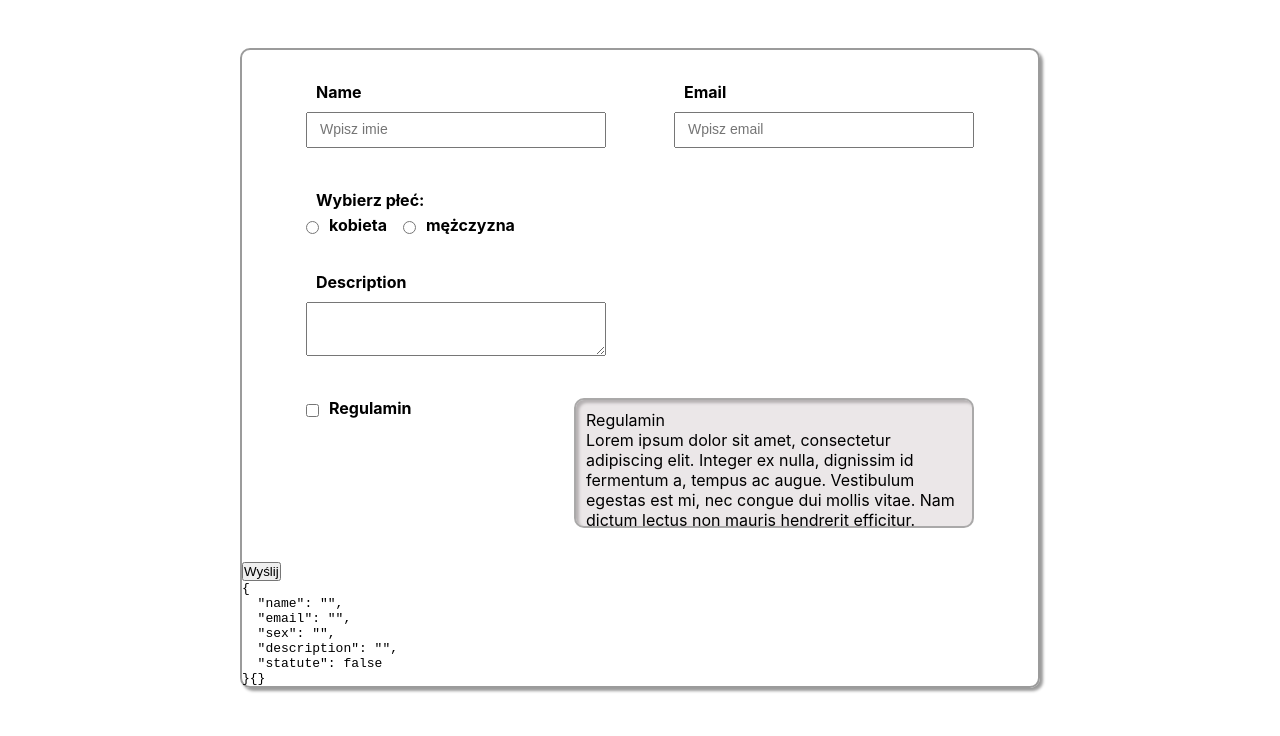
Repository: KrzysKolo/sr_tydzien4_zad3
Page: /
An editor plug-in stored every save of this project. The page is shown before and after the next save, followed by the edit.
The browser window is 1280 px wide. The pictures show the whole page.
The project was rebuilt for these pictures with package versions that can differ from the ones it lists, and the page was loaded fresh each time. Also part of the build but not shown: src/components/FormComponents/TextError.js.

Above is the page before, as saved 2020-11-19 13:58:01.

### src/App.js
import React from 'react';
import './App.css';
import FormikContainer from './components/Formik/FormikContainer';
const App = () => {
  return (
    <main className="App">
      <FormikContainer />
    </main>
   );
}

export default App;

### src/App.css
* {
  margin: 0;
  padding: 0;
  box-sizing: border-box;
}
.form-wrapper {
  margin: 3rem auto;
  width: 800px;
  border: 2px solid rgb(155, 155, 155);
  border-radius: 10px;
  box-shadow: 3px 3px 3px rgb(155, 155, 155);
}
.section {
  display: flex;
  flex-direction: row;
  margin: 2rem 4rem;
  justify-content: space-between;
}
label {
  font-weight: bold;
  display: flex;
  margin-bottom: 5px;
  margin-left: 10px;
}
input[type="text"],
input[type="email"],
textarea {
  display: block;
  width: 300px;
  padding: 6px 12px;
  font-size: 14px;
  line-height: 1.4285;
  color: #555;
  margin: 10px 0;
}

.error {
  color: red;
}
.row {
  display: flex;
  flex-direction: row;
  align-items: center;
  margin-right: 1rem;
}
.statute {
  border: 2px solid rgb(170, 169, 169);
  border-radius: 10px;
  box-shadow: inset 3px 3px 3px rgb(181, 177, 178);
  background: rgb(235, 231, 232);
  height: 130px;
  width: 400px;
  padding: 10px;
  overflow: auto;
}

### src/components/Formik/FormikContainer.js
import React from 'react';
import { Formik, Form } from 'formik';
import * as yup from 'yup';
import FormikControl from './FormikControl';
import RadioOptions from './../../data/RadioOptions';

const FormikContainer = () => {
    const initialValues = {
        name: '',
        email: '',
        sex: '',
        description: '',
        statute: false,
    }

    const validationSchema = yup.object({
        name: yup.string().required("Imię jest obowiązkowe!").min(2,"Twóje imię musi mieć więcej niż 2 znaki!").max(30,'Twoje imię może mieć maxymalnie 30 znaków!'),
        email: yup.string().required("Email jest wymagany").email("Adres zawiera błędy"),
        sex: yup.string().required('Zaznacz jedną wartość'),
        description: yup.string().required('Wpisz kilka słów').min(2, "Wpisz co najmniej 2 znaki").max(250, "Możesz wpisać max. 250 znaków"),
        statute: yup.boolean().required().oneOf([true], 'Musisz zaznaczyć regulamin!'),
    });

    const onSubmit = values => {console.log('Form data: ', values)};
    return (
        <Formik
            initialValues={initialValues}
            validationSchema={validationSchema}
            onSubmit={onSubmit}
        >
            { ({formik, values, errors}) => (
                <Form className="form-wrapper">
                    <section className="section">
                        <FormikControl control='input' type='text' label='Name' name='name' placeholder="Wpisz imie"/>
                        <FormikControl control='input' type='email' label='Email' name='email' placeholder="Wpisz email"/>
                    </section>
                    <section className="section">
                        <FormikControl control='radio' label='Wybierz płeć: ' name='sex' options={RadioOptions}/>
                    </section>
                    <section className="section">
                        <FormikControl control='textarea' label='Description' name='description'/>
                    </section>
                    <section className="section">
                        <FormikControl control='checkbox' label='Regulamin' name='statute'/>
                        <div className="statute">
                            Regulamin<br/>
                            <p>Lorem ipsum dolor sit amet, consectetur adipiscing elit. Integer ex nulla, dignissim id fermentum a, tempus ac augue. Vestibulum egestas est mi, nec congue dui mollis vitae. Nam dictum lectus non mauris hendrerit efficitur. Donec imperdiet nec nibh et interdum. Fusce ornare consequat sapien. Pellentesque rhoncus tempor vulputate. Aliquam eu diam laoreet, tincidunt nulla ut, dignissim turpis. Aliquam est ante, luctus sed felis et, iaculis sollicitudin tellus. Cras congue tincidunt viverra. Sed vestibulum faucibus lacus, eu dictum lorem porta id. Praesent a placerat ligula. Vestibulum faucibus ornare erat, id elementum est vehicula eu. Nunc pulvinar dolor lacus. Vestibulum dapibus efficitur orci, ac rhoncus augue auctor ut.</p>
                        </div>
                    </section>
                    <button type="submit">Wyślij</button>
                    <pre>
                        {JSON.stringify(values, null, 2)}
                        {JSON.stringify(errors, null, 2)}

                    </pre>

                </Form>
            )

            }

        </Formik>
    )
}
export default FormikContainer;

### src/components/Formik/FormikControl.js
import Input from './../FormComponents/Input';
import Radio from './../FormComponents/Radio';
import TextArea from './../FormComponents/TextArea';
import Checkbox from './../FormComponents/Checkbox';

const FormikControl = (props) => {
    const { control, ...rest } = props;
    switch(control) {
        case 'input': return <Input {...rest} />
        case 'radio': return <Radio {...rest} />
        case 'textarea': return <TextArea {...rest} />
        case 'checkbox': return <Checkbox {...rest} />
        default: return null
    }
}

export default FormikControl;

### src/data/RadioOptions.js
const RadioOptions=[
    { id: 0, value: "kobieta", label: 'kobieta' },
    { id: 1, value: "mężczyzna", label: 'mężczyzna' },
   ];
export default RadioOptions;

### src/components/FormComponents/Input.js
import React from 'react';
import{ Field, ErrorMessage } from 'formik';
import TextError from './TextError';

const Input = (props) => {
    const { label, name, ...rest } = props;
    return (
        <div className="form-control">
             <label htmlFor={name}>{label}</label>
            <Field id={name} name={name} {...rest} />
            <ErrorMessage name={name} component={TextError} />
        </div>
     );
}

export default Input;

### src/components/FormComponents/Radio.js
import React from 'react';
import{ Field, ErrorMessage } from 'formik';
import TextError from './TextError';

const Radio = (props) => {
    const { label, name, options, ...rest } = props;
    return (
        <div className="form-control">
            <label htmlFor={name}>{label}</label>
            <div className="row">
                <Field name={name} {...rest}>
                    {
                    ({ field }) => {
                        return options.map(option => {
                            return (
                                <div className="row" key={option.id} >
                                    <input type='radio' id={option.id} {...field} value={option.value} checked={field.value === option.value}/>
                                    <label htmlFor={option.id}>{option.label}</label>
                                </div>
                            )
                        })
                    }
                    }
                </Field>
            </div>
            <ErrorMessage name={name} component={TextError} />
        </div>
     );
}

export default Radio;

### src/components/FormComponents/TextArea.js
import React from 'react';
import{ Field, ErrorMessage } from 'formik';
import TextError from './TextError';

const TextArea = (props) => {
    const { label, name, ...rest } = props;
    return (
        <div className="form-control">
            <label htmlFor={name}>{label}</label>
            <Field as ='textarea' id={name} name={name} {...rest} />
            <ErrorMessage name={name} component={TextError} />
        </div>
     );
}

export default TextArea;

### src/components/FormComponents/Checkbox.js
import React from 'react';
import{ Field, ErrorMessage } from 'formik';
import TextError from './TextError';

const Checkbox = (props) => {
    const { label, name, ...rest } = props;
    return (
        <div className="form-control">
            <div className="row">
                <Field type='checkbox' id={name} name="statute" {...rest}/>
                <label htmlFor={name}>{label}</label>
            </div>
            <ErrorMessage name={name} component={TextError} />
        </div>
     );
}

export default Checkbox;

Loaded but not shown: public/index.html (common file); src/index.js (common file); src/index.css (common file)

After the next save:
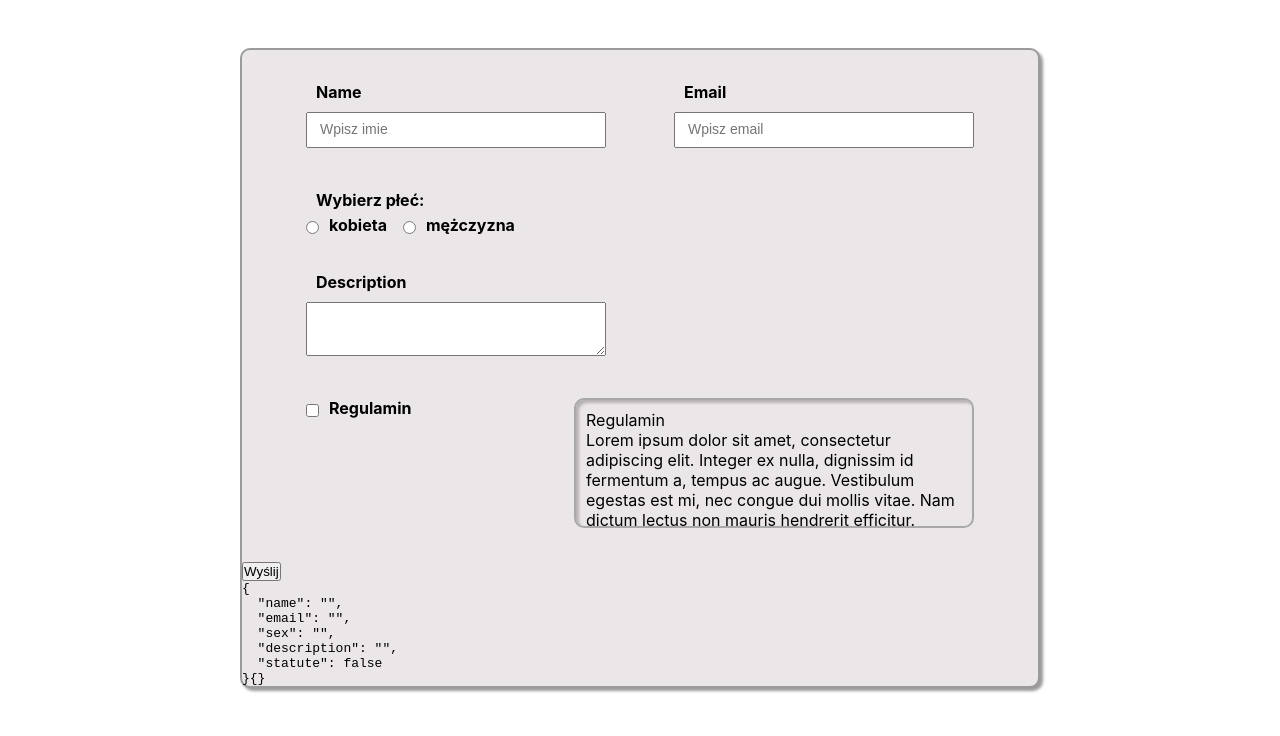
Saved 3 min 26 s later.
--- a/src/App.css
+++ b/src/App.css
@@ -6,6 +6,7 @@
 .form-wrapper {
   margin: 3rem auto;
   width: 800px;
+  background-color: rgb(235, 231, 232);
   border: 2px solid rgb(155, 155, 155);
   border-radius: 10px;
   box-shadow: 3px 3px 3px rgb(155, 155, 155);
